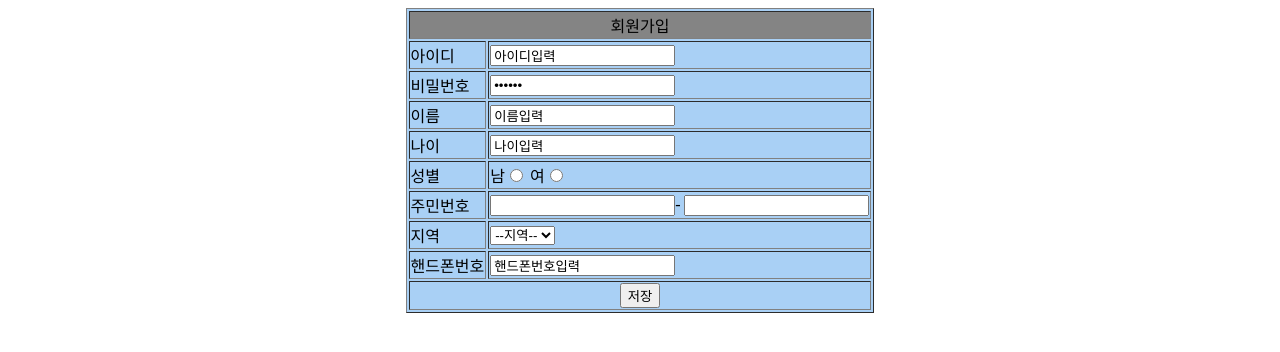
Repository: gunvv00/Java_practice
Page: html_work/html01/WebContent/member.html
The author's editor kept a copy of each file at every save. The page is drawn from the files as they stood at one save, then again after the next save.
The browser window is 1280 px wide. The pictures show the whole page.

Above is the page before, as saved 2020-01-02 08:03:15.

### html_work/html01/WebContent/member.html
<!DOCTYPE html>
<html>
<head>
<meta charset="UTF-8">
<title>Insert title here</title>
</head>
<body>
<form action = "member.jsp" method = "post">
	<TABLE Border = 1 bgcolor = "#A9D0F5" height = 200 align = "center" >
	<tr>
		<td bgcolor = "#848484" align = center colspan = "2">회원가입</td>
	</tr>
	<tr>
		<td>아이디</td>
		<td><input type = "text" name="name" value = "아이디입력"></td>
	</tr>
	<tr>
		<td>비밀번호</td>
		<td><input type = "password" name="name" value = "비밀번호입력"></td>
	</tr>
	<tr>
		<td>이름</td>
		<td><input type = "text" name="name" value = "이름입력"></td>
	</tr>
	<tr>
		<td>나이</td>
		<td><input type = "text" name="age" value = "나이입력"></td>
	</tr>
	<tr>
		<td>성별</td>
		<td>남<input type = "radio" name="gender"/>
			여<input type = "radio" name="gender"/>
		</td>
	</tr>
	<tr>
		<td>주민번호</td>
		<td><input type = "text" name="jumin" value = "">-
		<input type = "password" name="jumin" value = "">
		</td>
	</tr>
	<tr>
		<td>지역</td>
		<td>
		<select name = "location">
		<option value="">--지역--</option>
		<option value="j1">서울</option>
		<option value="j2">경기도</option>
		<option value="j3">전라도</option>
		<option value="j3">충청도</option>
		<option value="j3">경상도</option>
		<option value="j3">제주</option>
		</select>
		</td>
	</tr>
	<tr>
		<td>핸드폰번호</td>
		<td><input type = "text" name="phonenumber" value = "핸드폰번호입력"></td>
	</tr>
	<tr align = "center">
		<td colspan =2 > <input type = "submit" value = "저장"/></td>
	</tr>
	</TABLE>
</body>

</html>

After the next save:
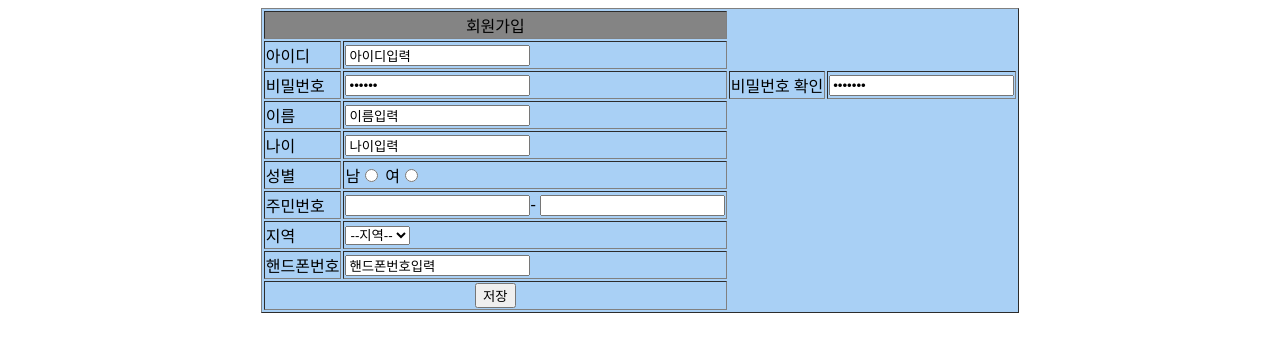
Saved 33 min 21 s later.
--- a/html_work/html01/WebContent/member.html
+++ b/html_work/html01/WebContent/member.html
@@ -17,6 +17,8 @@
 	<tr>
 		<td>비밀번호</td>
 		<td><input type = "password" name="name" value = "비밀번호입력"></td>
+		<td>비밀번호 확인</td>
+		<td><input type = "password" name="name" value = "비밀번호 확인"></td>
 	</tr>
 	<tr>
 		<td>이름</td>
